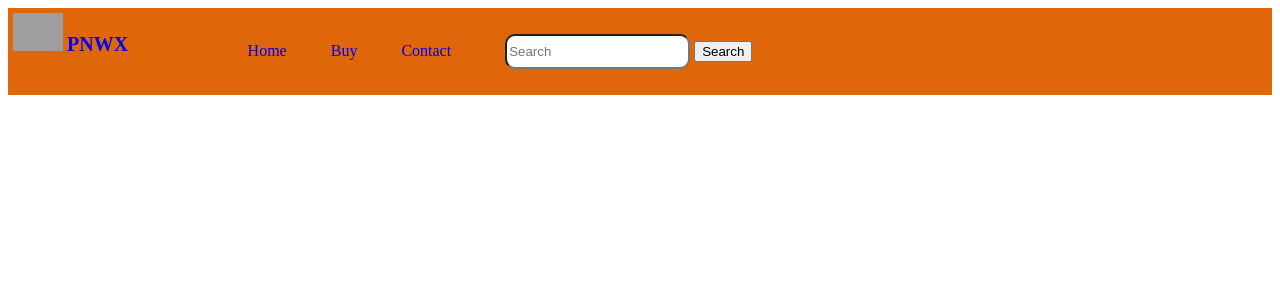
Repository: meiming24/meiming24.github.io
Page: index.html
These files come from the project's save history. The page is drawn as it stood at one moment and after a run of saves; the edit follows.
The browser window is 1280 px wide. The pictures show the whole page.
Pictures or frames that could not be fetched are drawn as grey boxes.

Above is the page before, as saved 2022-05-09 19:23:02.

After the next 2 saves:
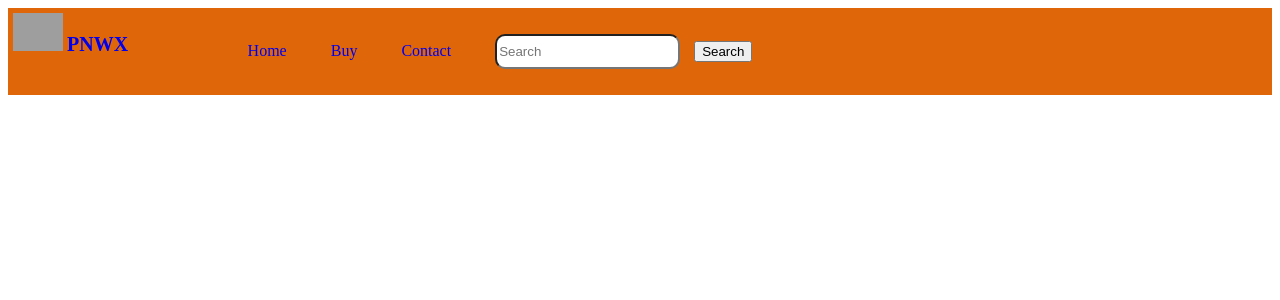
The 2 saves are shown as one change because they came seconds apart.
The last was saved 7 s later.
--- a/index.css
+++ b/index.css
@@ -60,5 +60,5 @@
 .nav-bar > nav ul li form input {
     height: 35px;
     border-radius: 10px;
-    margin-left: 10px;
+    margin-right: 10px;
 }
